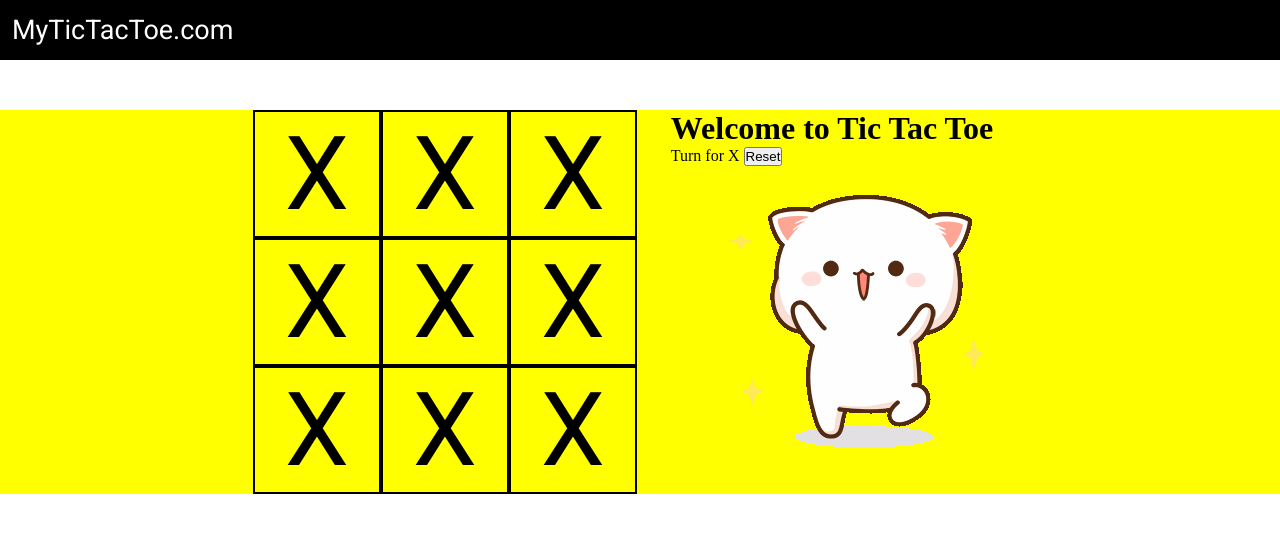
Repository: AshwinUgale/TicTacToe
Page: index.html
The author's editor kept a copy of each file at every save. The page is drawn from the files as they stood at one save, then again after the next save.
The browser window is 1280 px wide. The pictures show the whole page.

Above is the page before, as saved 2024-12-19 09:56:32.

After the next save:
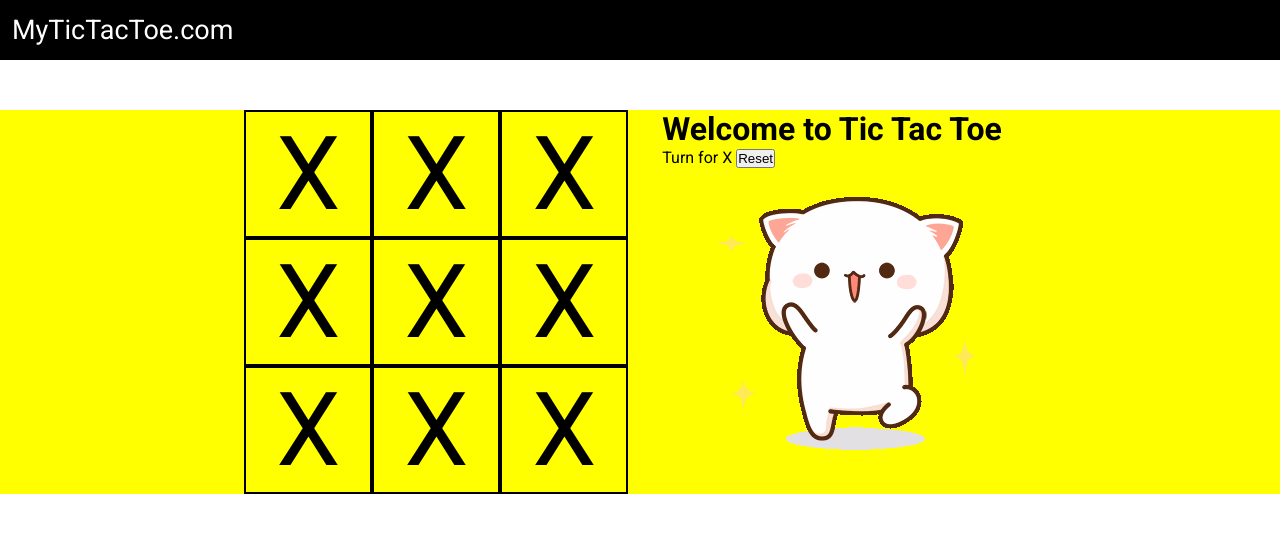
Saved 64 s later.
--- a/style.css
+++ b/style.css
@@ -31,7 +31,7 @@ nav ul{
     display: grid;
     grid-template-rows: repeat(3,10vw);
     grid-template-columns: repeat(3,10vw);
-    font-family:"Roboto", serif; ;
+    font-family:"Roboto", serif;
 }
 
 .box{
@@ -49,4 +49,5 @@ nav ul{
 
 .gameInfo{
     padding: 0 34px;
+    font-family:"Roboto", serif;
 }
